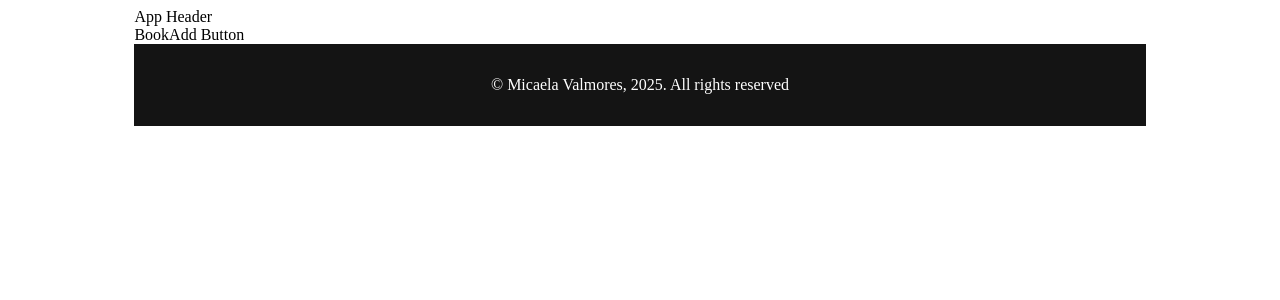
Repository: Micaelavalmores/COMP3170-Data-Fetching
Page: /
The author's editor kept a copy of each file at every save. The page is drawn from the files as they stood at one save, then again after the next save.
The browser window is 1280 px wide. The pictures show the whole page.
The project was rebuilt for these pictures with package versions that can differ from the ones it lists, and the page was loaded fresh each time. Also part of the build but not shown: vite.config.js.

Above is the page before, as saved 2025-09-22 17:51:17.

### index.html
<!doctype html>
<html lang="en">
  <head>
    <meta charset="UTF-8" />
    <meta name="viewport" content="width=device-width, initial-scale=1.0" />
    <title>Book Catalog</title>
  </head>
  <body>
    <div id="root"></div>
    <script type="module" src="/src/main.jsx"></script>
  </body>
</html>

### src/index.css
body {

}

.app {
  display: flex;
  flex-direction: column;
  width: 80%;
  margin: 0 auto;
  background: #fff;
  min-height: 100%;
  justify-content: space-between;

  footer {
    padding: 0 2em;
    background: #141414;
    color: #fff;

    p {
        text-align: center;
        padding: 1em 0;
    }
  }
}

### src/App.jsx
import Footer from "./components/Footer";
import Book from "./components/Book";
import AppHeader from "./components/AppHeader";
import AddButton from "./components/AddButton";


function App () {
  return (
    <div className="app">
      <section className="content">
        <AppHeader />
        <div className="mainContent">
          <Book />
          <AddButton />
        </div>
      </section>
        <Footer />
    </div>
  )
}

export default App;

### src/components/Footer.jsx
function Footer() {
    return (
        <footer>
            <p>&copy; Micaela Valmores, 2025. All rights reserved</p>
        </footer>
    );
}

export default Footer;

### src/components/Book.jsx
function Book () {
    return 'Book';
}

export default Book;

### src/components/AppHeader.jsx


function AppHeader () {
    return 'App Header';
}

export default AppHeader;

### src/components/AddButton.jsx
function AddButton () {
    return `Add Button`;
}

export default AddButton;

Loaded but not shown: src/main.jsx (common file)

After the next save:
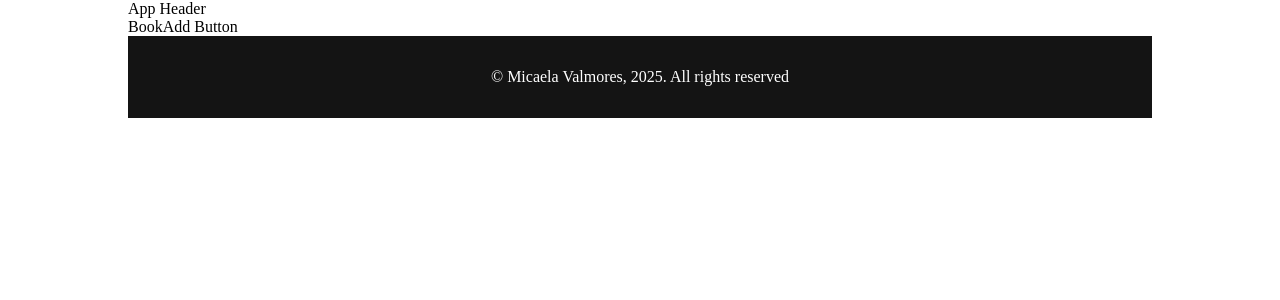
Saved 5 s later.
--- a/src/index.css
+++ b/src/index.css
@@ -1,5 +1,5 @@
 body {
-
+  margin: 0 auto;
 }
 
 .app {
